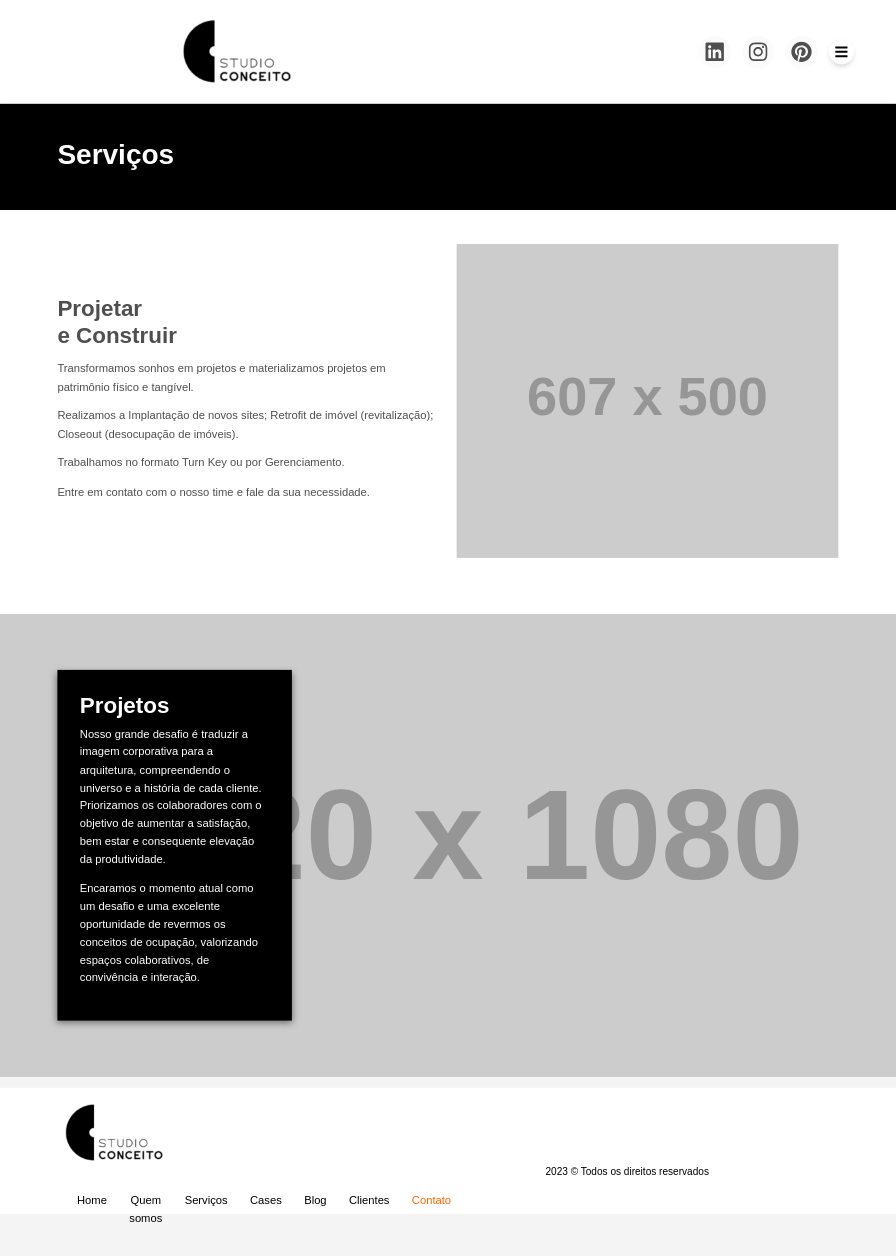
Repository: Upstairs-Agencia/studio-conceito-react
Page: /servicos
These files come from the project's save history. The page is drawn as it stood at one moment and after the next save; the edit follows.
The browser window is 1280 px wide. The pictures show the whole page, at 70% of full size.
The project was rebuilt for these pictures with package versions that can differ from the ones it lists, and the page was loaded fresh each time. Also part of the build but not shown: src/pages/Home.js, src/pages/QuemSomos.js, src/pages/Cases.js, src/pages/Blog.js, src/pages/Clientes.js, src/pages/Contato.js.

Above is the page before, as saved 2024-12-28 03:18:35.

After the next save:
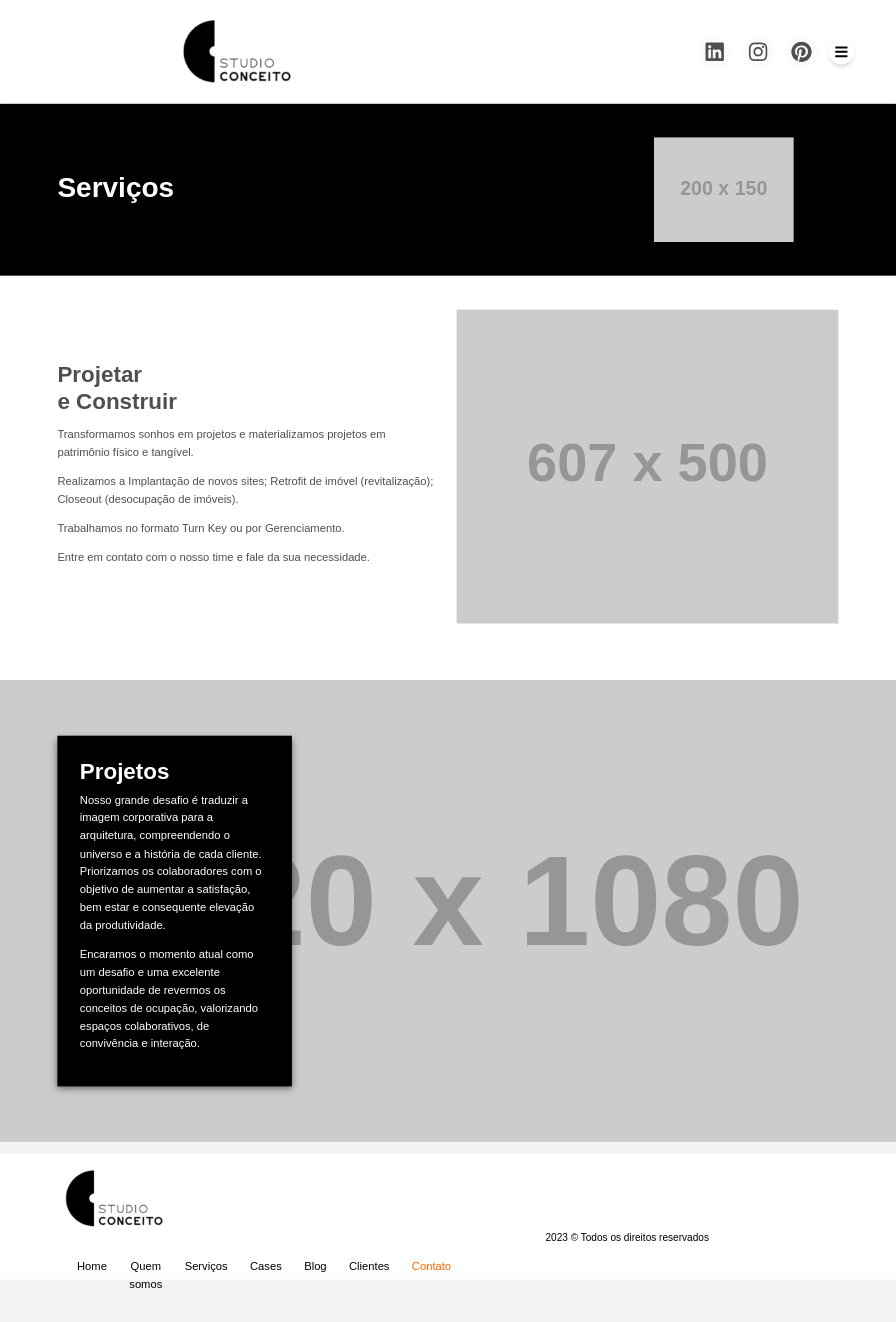
Saved 12 s later.
--- a/src/pages/Servicos.js
+++ b/src/pages/Servicos.js
@@ -17,6 +17,13 @@
             <MDBRow className="align-items-center">
                 <MDBCol md="6">
                 <h1 className="fw-bold">Serviços</h1>
+                </MDBCol>
+                <MDBCol md="6" className="text-end">
+                <img
+                    src="https://placehold.co/200x150" // Imagem maior para seguir o padrão original
+                    alt="Padrão gráfico"
+                    style={{ maxWidth: '200px', marginRight: '4rem' }}
+                />
                 </MDBCol>
             </MDBRow>
             </MDBContainer>

After the save that followed:
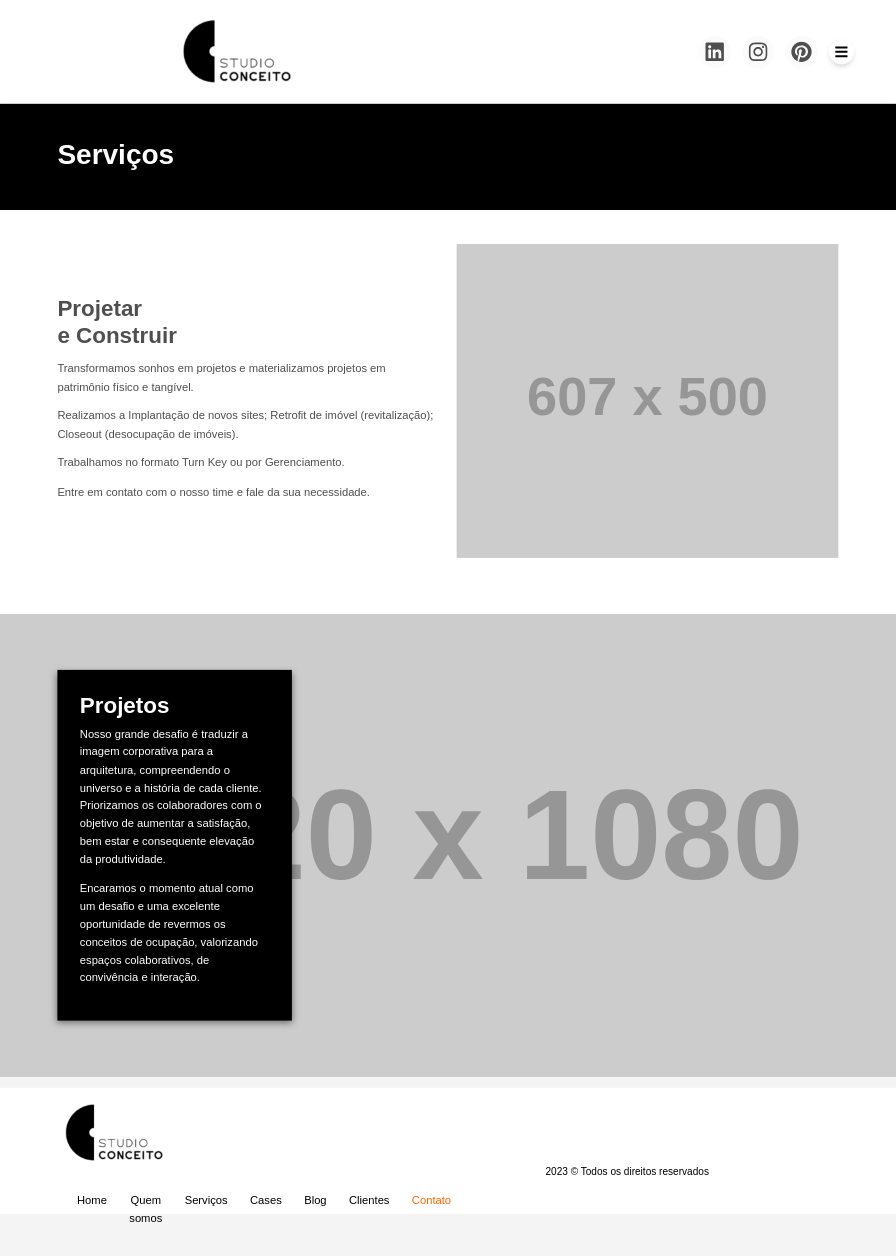
Saved 21 s later.
--- a/src/pages/Servicos.js
+++ b/src/pages/Servicos.js
@@ -22,7 +22,7 @@
                 <img
                     src="https://placehold.co/200x150" // Imagem maior para seguir o padrão original
                     alt="Padrão gráfico"
-                    style={{ maxWidth: '200px', marginRight: '4rem' }}
+                    style={{ maxWidth: '200px', marginRight: '4rem' , display: 'none'}}
                 />
                 </MDBCol>
             </MDBRow>
